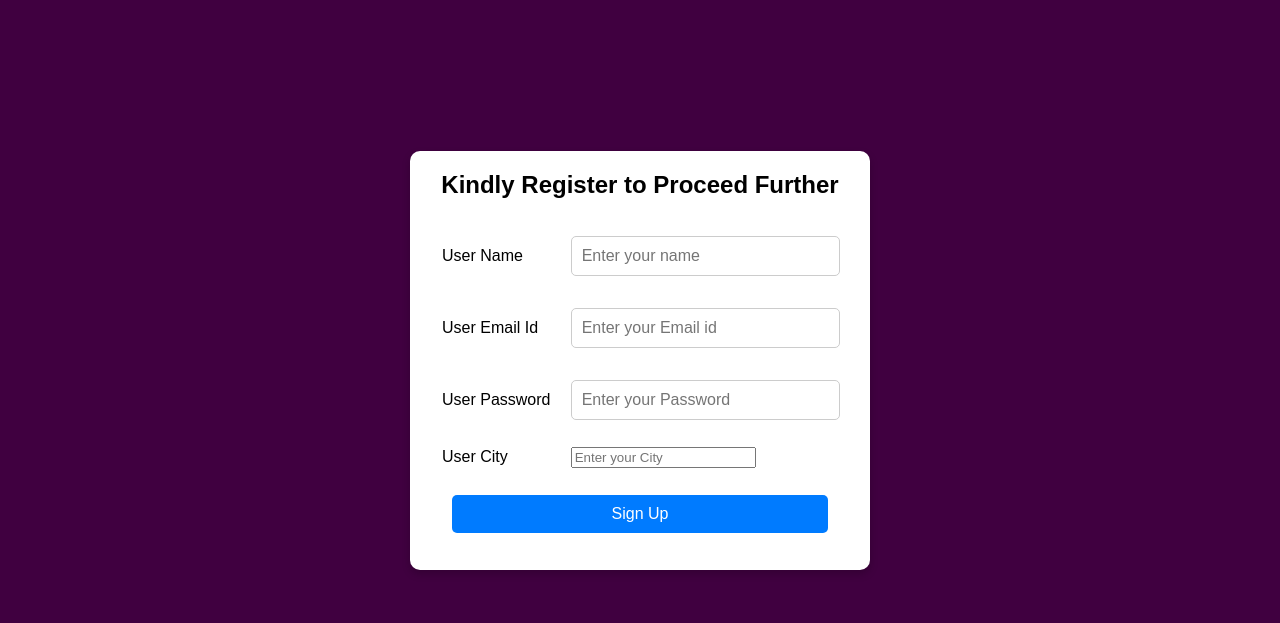
Repository: anuragtiwari3100/Java-Web-Solutions-Kit
Page: JspAndServlet/RegistrationAppUsingMVC/src/main/webapp/index.html
The author's editor kept a copy of each file at every save. The page is drawn from the files as they stood at one save, then again after the next save.
The browser window is 1280 px wide. The pictures show the whole page.

Above is the page before, as saved 2024-11-28 04:09:42.

After the next save:
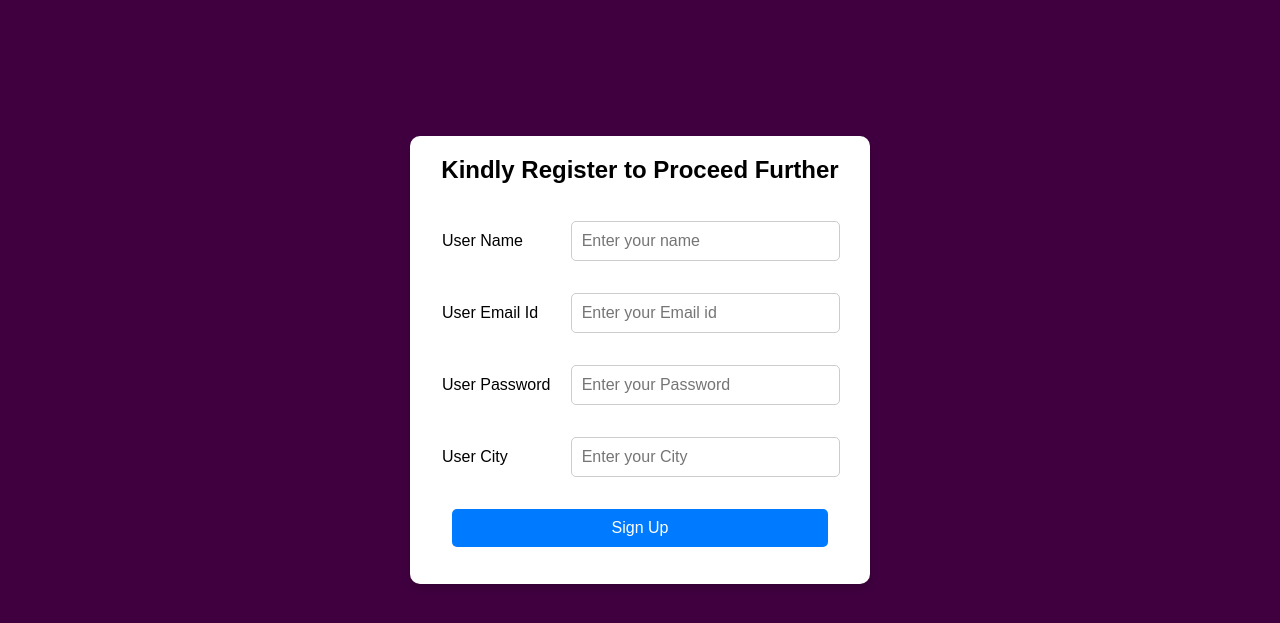
Saved 64 s later.
--- a/JspAndServlet/RegistrationAppUsingMVC/src/main/webapp/index.html
+++ b/JspAndServlet/RegistrationAppUsingMVC/src/main/webapp/index.html
@@ -76,7 +76,7 @@
                 </tr>
                 <tr>
                     <td><label for="ucity">User City</label></td>
-                   <td><input type="ucity" id="ucity" name="ucity" placeholder="Enter your City" required></td>
+                   <td><input type="text" id="ucity" name="ucity" placeholder="Enter your City" required></td>
                 </tr>
                 <tr>
                     <td colspan="2" style="text-align: center;">
